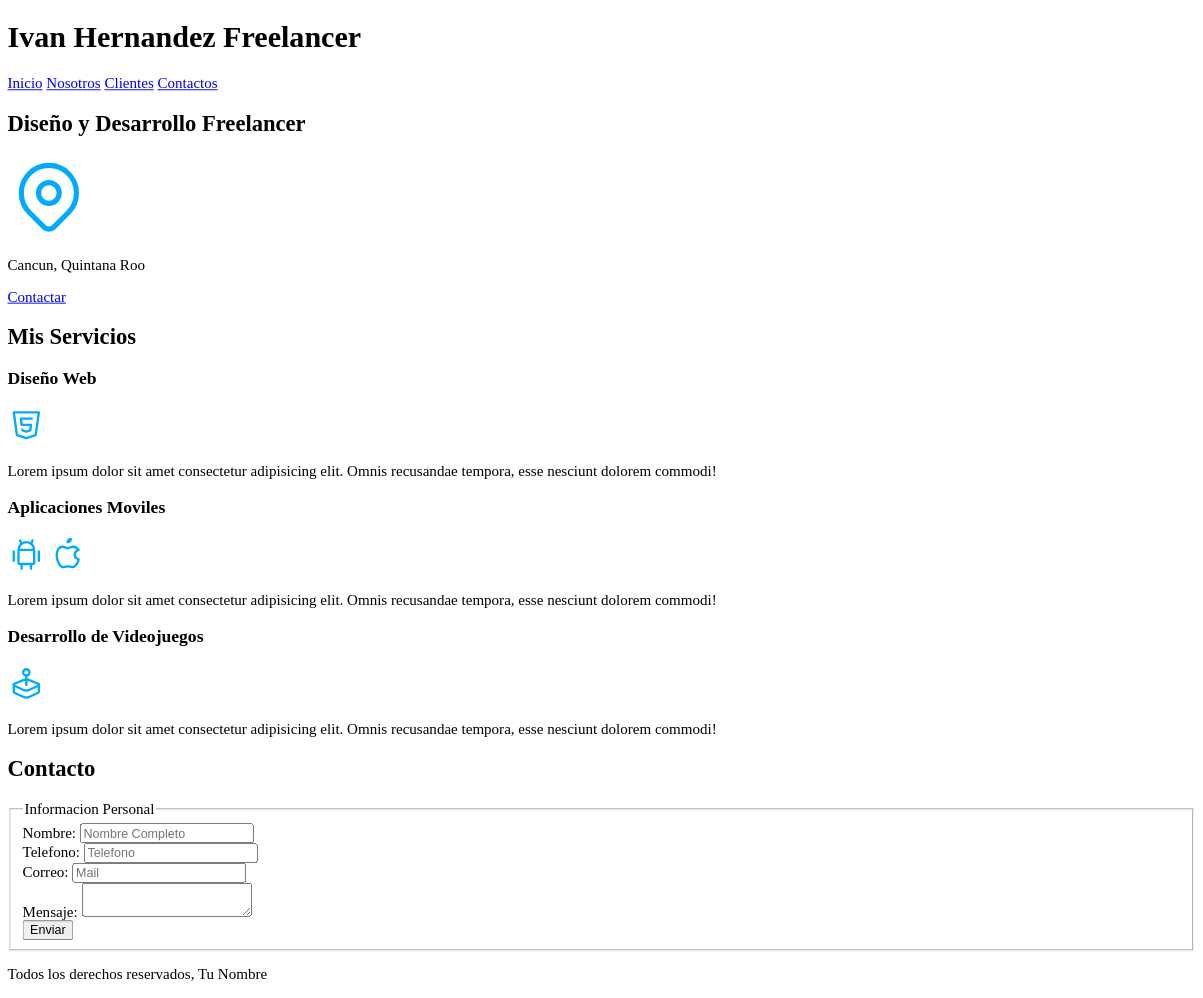
Repository: IvanHernandezMuro/freelance_base
Page: index.html
An editor plug-in stored every save of this project. The page is shown before and after the next save, followed by the edit.
The browser window is 1280 px wide. The pictures show the whole page, at 94% of full size.

Above is the page before, as saved 2023-05-08 22:57:15.

After the next save:
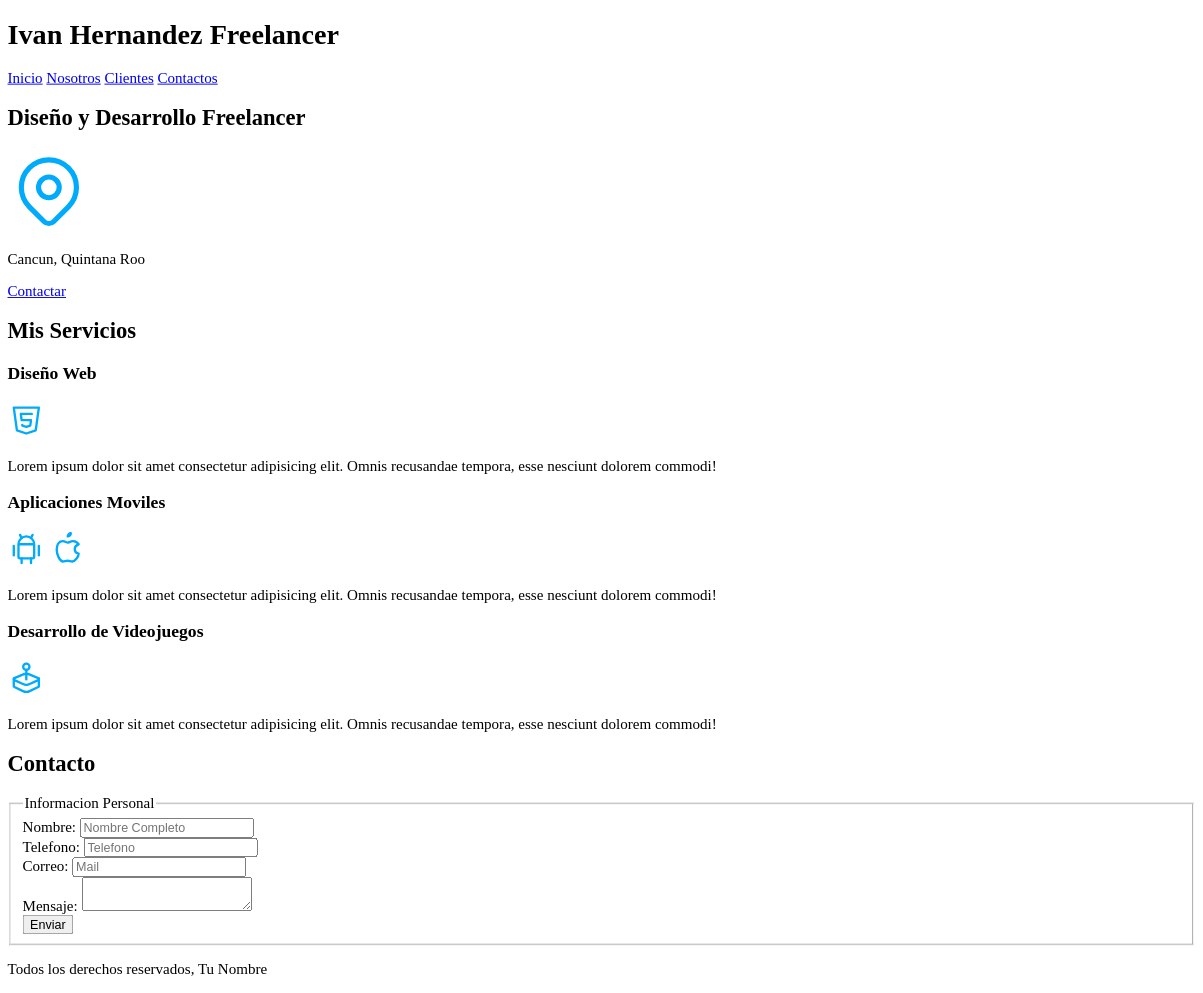
Saved 7 min 5 s later.
--- a/css/styles.css
+++ b/css/styles.css
@@ -16,3 +16,7 @@ html{
 body{
 font-size: 16px;
 }
+
+.titulo{
+    font-size: 3rem;
+}
